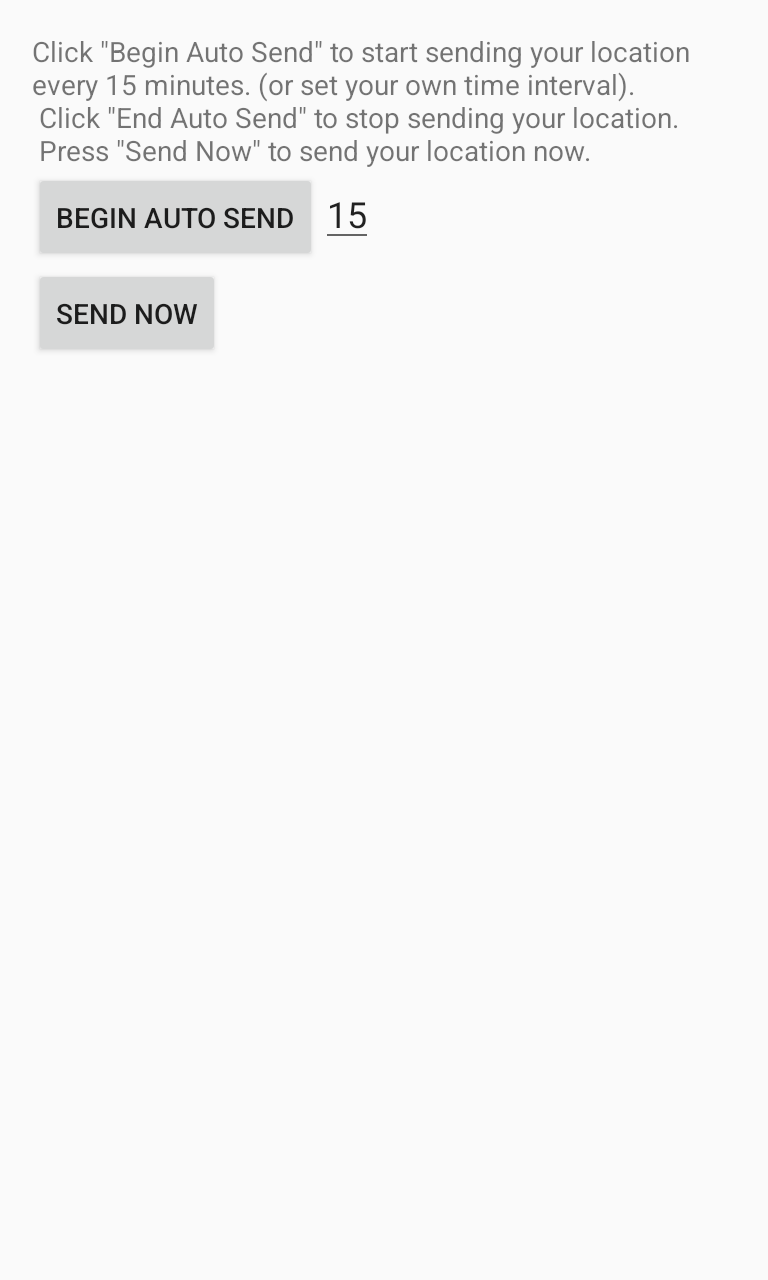
Repository: haidark/rahat
Layout: android/Rahat/res/layout/fragment_main.xml
These files come from the project's save history. The layout is drawn as it stood at one moment and after a run of saves; the edit follows.
It is drawn on a 768 x 1280 px phone screen (xhdpi) without system bars, with theme AppTheme; the app's code is not run.

Above is the layout before, as saved 2014-05-04 02:14:25.

After the next 2 saves:
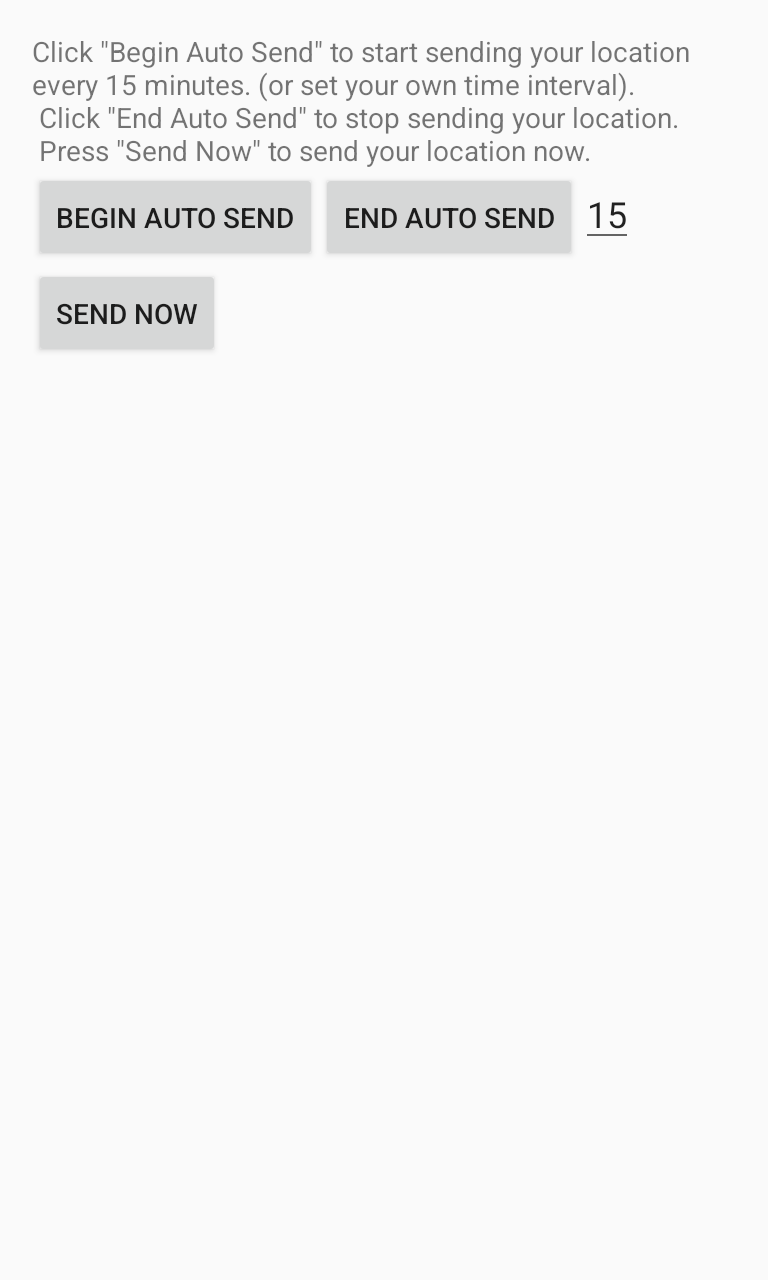
The 2 saves are shown as one change because they came seconds apart.
The last was saved 29 s later.
--- a/android/Rahat/res/layout/fragment_main.xml
+++ b/android/Rahat/res/layout/fragment_main.xml
@@ -23,6 +23,12 @@
 		        android:layout_height="wrap_content"
 		        android:text="@string/button_start"
 		        android:onClick="beginService" />
+        <Button
+            	android:id="@+id/endbutton"
+            	android:layout_width="wrap_content"
+		        android:layout_height="wrap_content"
+		        android:text="@string/button_stop"
+		        android:onClick="endService" />
 
         <EditText android:id="@+id/edit_1"
         		  android:layout_width="wrap_content"
